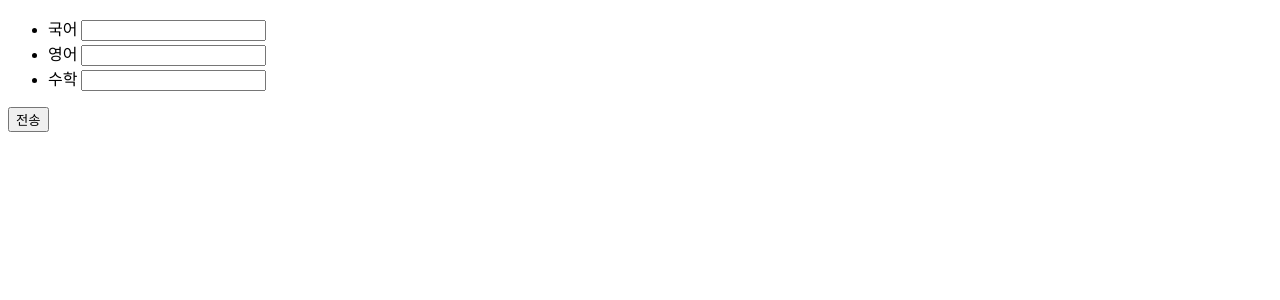
Repository: coolSummer1119/study
Page: workspace/ch03_Jsp/src/main/webapp/views/scoreForm.html
An editor plug-in stored every save of this project. The page is shown before and after the next save, followed by the edit.
The browser window is 1280 px wide. The pictures show the whole page.

Above is the page before, as saved 2024-04-22 05:56:38.

### workspace/ch03_Jsp/src/main/webapp/views/scoreForm.html
<!DOCTYPE html>
<html>
<head>
<meta charset="UTF-8">
<title>[실습] 성적 처리</title>
<script type="text/javascript">
window.onload=function(){
	const myForm = document.getElementById('myForm');
	myForm.onsubmit=function(){
		//반복문을 이용한 유효성 체크(배열)
		const items = document.querySelectorAll('input[type="text"]');//이름도 text라 수정해야함

		for(let i=0;i<items.length;i++){
			//입력을 하지 않았거나 공백을 입려한 경우.)
			if(items[i].value.trim()==''){
				const label = document.querySelector('label[for="'+items[i].id+'"]');
				const label_text = label.textContent; //태그 내용을 가져오기
				alert(label_text + ' 항목은 필수 입력');
				items[i].value='';
				items[i].focus();
				return false;
				//alert(label.innerHTML); - 가능
				//alert(items[i].name+"점수를 입력하시오."); - 가능하나 korean english math로 출력
			}

			//문자인지 숫자인지 체크
			if(isNaN(items[i].value)){
				alert('성적은 숫자만 가능');
				items[i].value='';
				items[i].focus();
				return false;
			}

			//0~100사이 값만 인정
			if(items[i].value < 0 || items[i].value > 100){
				alert('0부터 100까지만 입력 가능');
				items[i].value='';
				items[i].focus();
				return false;
			}
		}
	}

}
</script>
</head>
<body>
<form action="/ch03_Jsp/score" id="myForm" method="post" >
	<ul>
		<li>
			<label for="korean">국어</label>
			<input type="number" name="korean" id="score">
		</li>
		<li>
			<label for="english">영어</label>
			<input type="number" name="english" id="score">
		</li>
		<li>
			<label for="math">수학</label>
			<input type="number" name="math" id="score">
		</li>
	</ul>
<input type="submit" value="전송">
</form>
</body>
</html>

After the next save:
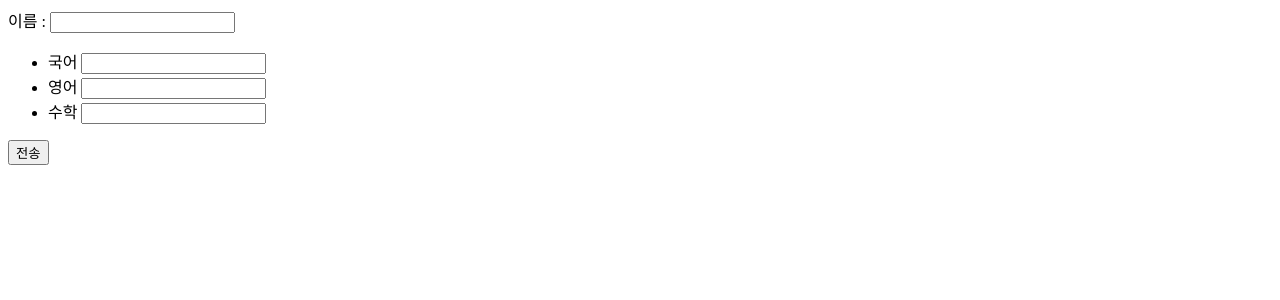
Saved 2 min 13 s later.
--- a/workspace/ch03_Jsp/src/main/webapp/views/scoreForm.html
+++ b/workspace/ch03_Jsp/src/main/webapp/views/scoreForm.html
@@ -7,14 +7,22 @@
 window.onload=function(){
 	const myForm = document.getElementById('myForm');
 	myForm.onsubmit=function(){
+		const name = document.getElementById('name');
+		if(name.value.trim()==''){
+			alert('이름을 입력하세요!');
+			name.value='';//공백이 있을 경우 공백 제거
+			name.focus();
+			return false;
+		}
+
 		//반복문을 이용한 유효성 체크(배열)
-		const items = document.querySelectorAll('input[type="text"]');//이름도 text라 수정해야함
+		const items = document.querySelectorAll('input[type="number"]');//이름도 text라 수정해야함
 
 		for(let i=0;i<items.length;i++){
 			//입력을 하지 않았거나 공백을 입려한 경우.)
 			if(items[i].value.trim()==''){
 				const label = document.querySelector('label[for="'+items[i].id+'"]');
-				const label_text = label.textContent; //태그 내용을 가져오기
+				const label_text = label.innerHTML; //태그 내용을 가져오기
 				alert(label_text + ' 항목은 필수 입력');
 				items[i].value='';
 				items[i].focus();
@@ -46,6 +54,7 @@ window.onload=function(){
 </head>
 <body>
 <form action="/ch03_Jsp/score" id="myForm" method="post" >
+	이름 : <input type="text" name="name" id="name">
 	<ul>
 		<li>
 			<label for="korean">국어</label>
